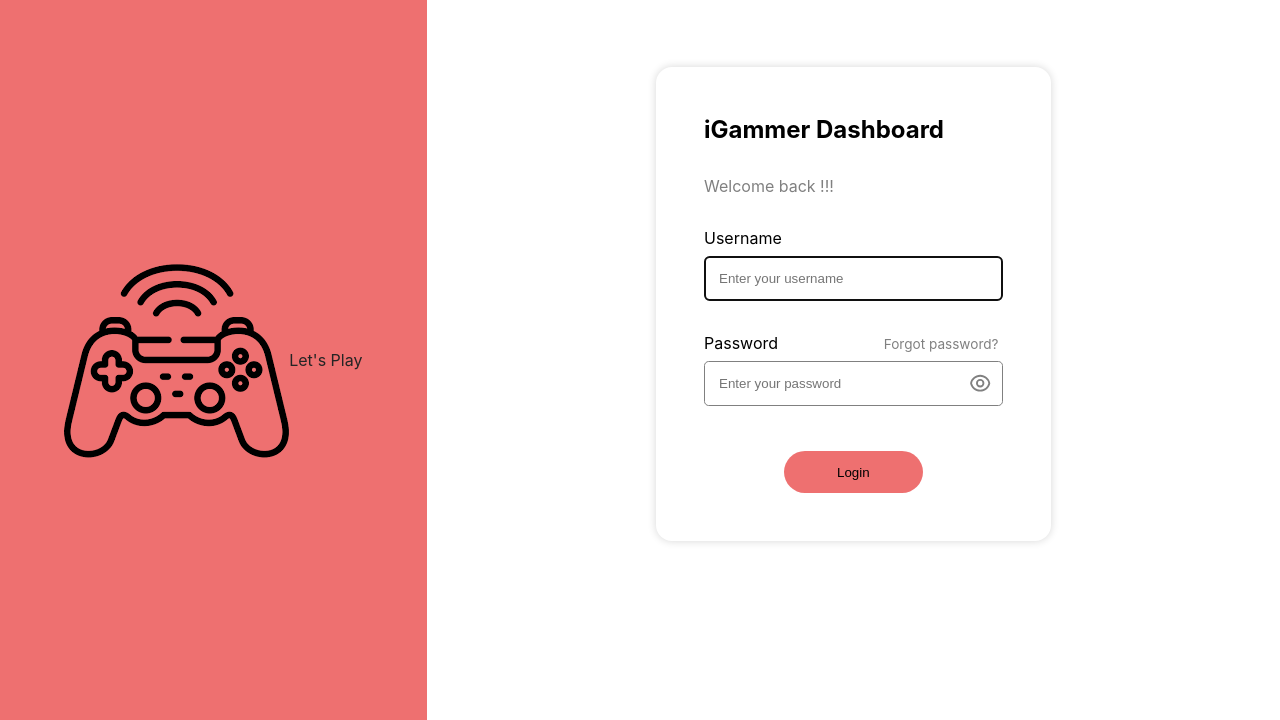
Repository: agwenchez/iGammer-dashboard
Page: /dashboard
The author's editor kept a copy of each file at every save. The page is drawn from the files as they stood at one save, then again after a run of saves.
The browser window is 1280 px wide. The pictures show the whole page.
The page's requests for data from a server got no answer. The project was rebuilt for these pictures with package versions that can differ from the ones it lists, and the page was loaded fresh each time. No one was signed in, and anything a server would have sent is missing. Also part of the build but not shown: vite.config.ts, src/components/DataTable/datatable.module.scss, src/pages/Products/productsData.tsx, src/components/DataTable/MuiTable.tsx, src/components/DataTable/index.tsx, src/components/BreadCrumb/breadcrumb.module.scss, src/components/BreadCrumb/index.tsx, src/pages/Customers/customers.module.scss and 19 more.

Above is the page before, as saved 2023-05-05 12:57:34.

After the next 2 saves:
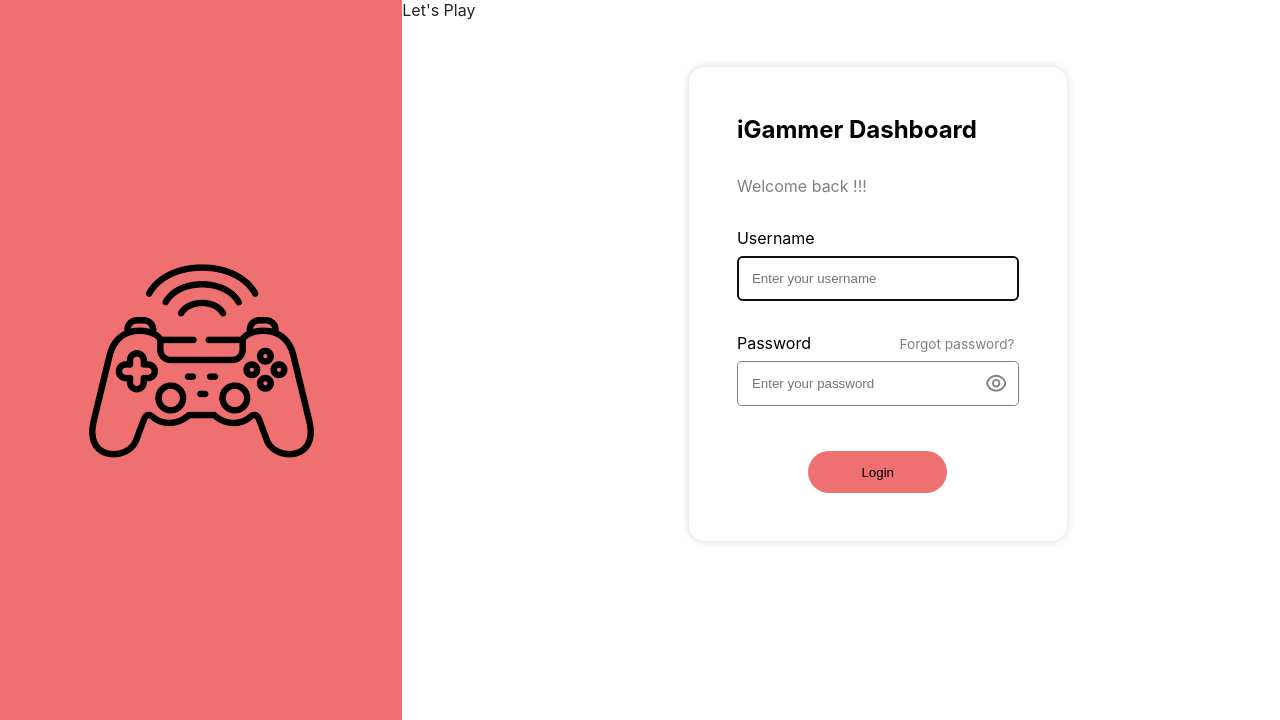
The 2 saves are shown as one change because they came seconds apart.
The last was saved 13 s later.
--- a/src/components/Layouts/AuthLayout/AuthLayout.tsx
+++ b/src/components/Layouts/AuthLayout/AuthLayout.tsx
@@ -7,9 +7,8 @@ const AuthLayout = () => {
           <div className={styles.left_container}>
             {/* <div className={styles.bg_color}></div> */}
             <img src="/assets/images/game.png" alt="" />
-            <p>Let's Play</p>
           </div>
-
+          <p>Let's Play</p>
           <div className={styles.right_container}>
             <Outlet/>
           </div>
